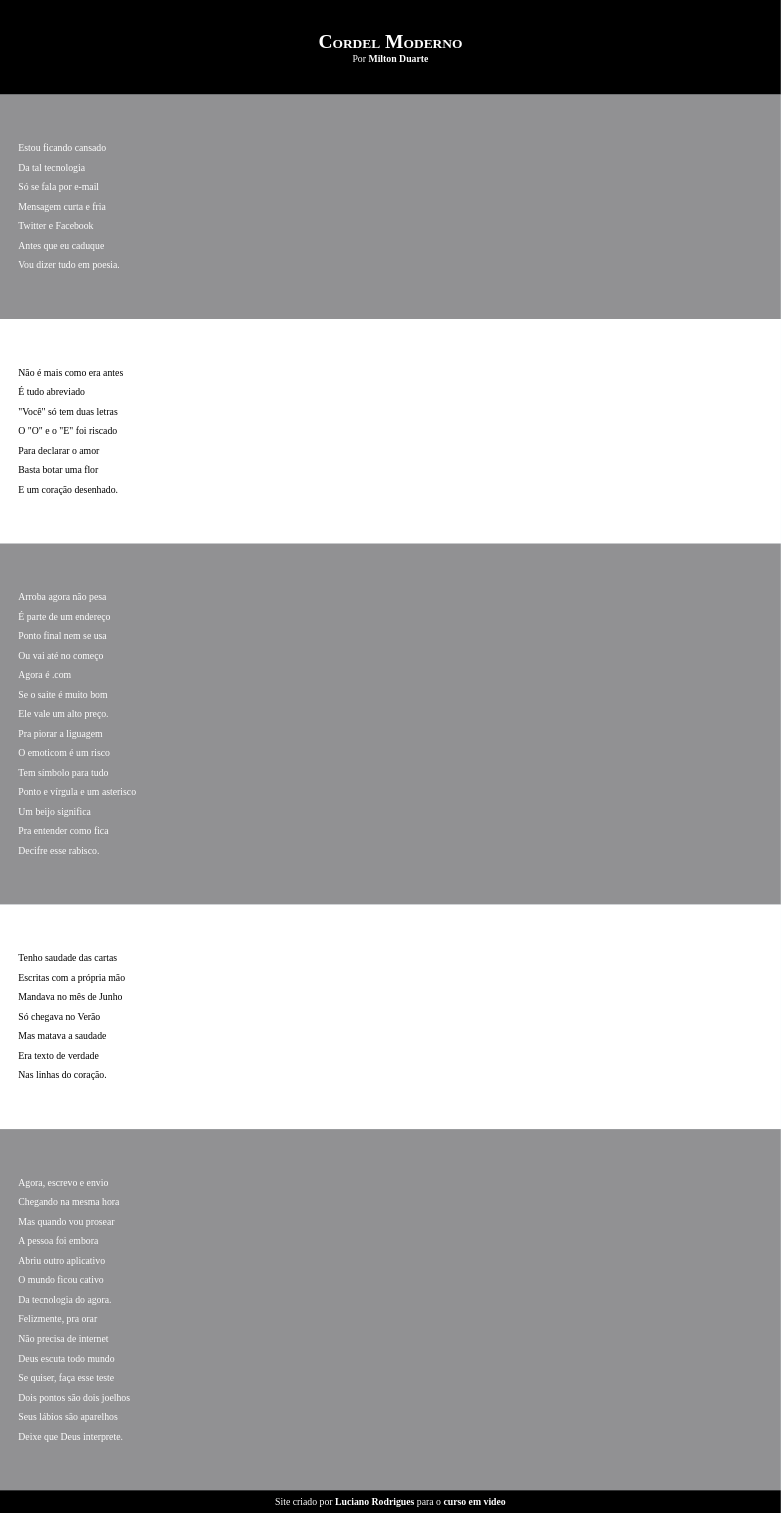
Repository: Lucianorodriguesdev/cursoHTML-CSS
Page: dasafios/index.html
These files come from the project's save history. The page is drawn as it stood at one moment and after the next save; the edit follows.
The browser window is 1280 px wide. The pictures show the whole page, at 61% of full size.

Above is the page before, as saved 2026-06-17 09:35:59.

### dasafios/index.html
<!DOCTYPE html>
<html lang="pt-br">
<head>
    <meta charset="UTF-8">
    <meta name="viewport" content="width=device-width, initial-scale=1.0">
    <title>Cordel Moderno</title>
    <link rel="stylesheet" href="estilo/style.css">
</head>
<body>
    <header>
        <h1>Cordel Moderno</h1>
        <p>Por <a href="https://www.recantodasletras.com.br/poesias/3186743" target="_blank">Milton Duarte</a></p>

    </header>
    <section class="normal">
        <p>
            Estou ficando cansado<br>
            Da tal tecnologia<br>
            Só se fala por e-mail<br>
            Mensagem curta e fria<br>
            Twitter e Facebook<br>
            Antes que eu caduque<br>
            Vou dizer tudo em poesia.
        </p>
    </section>



    <section class="imagem">
        <p>
            Não é mais como era antes<br>
            É tudo abreviado<br>
            "Você" só tem duas letras<br>
            O "O" e o "E" foi riscado<br>
            Para declarar o amor<br>
            Basta botar uma flor<br>
            E um coração desenhado.
        </p>
    </section>



    <section class="normal">
        <p>
            Arroba agora não pesa<br>
            É parte de um endereço<br>
            Ponto final nem se usa<br>
            Ou vai até no começo<br>
            Agora é .com<br>
            Se o saite é muito bom<br>
            Ele vale um alto preço.
        </p>

        <p>
            Pra piorar a liguagem<br>
            O emoticom é um risco<br>
            Tem símbolo para tudo<br>
            Ponto e vírgula e um asterisco<br>
            Um beijo significa<br>
            Pra entender como fica<br>
            Decifre esse rabisco.
        </p>
    </section>



    <section class="imagem">
        <p>
            Tenho saudade das cartas<br>
            Escritas com a própria mão<br>
            Mandava no mês de Junho<br>
            Só chegava no Verão<br>
            Mas matava a saudade<br>
            Era texto de verdade<br>
            Nas linhas do coração.
        </p>
    </section>



    <section class="normal">
        <p>
            Agora, escrevo e envio<br>
            Chegando na mesma hora<br>
            Mas quando vou prosear<br>
            A pessoa foi embora<br>
            Abriu outro aplicativo<br>
            O mundo ficou cativo<br>
            Da tecnologia do agora.
        </p>

        <p>
            Felizmente, pra orar<br>
            Não precisa de internet<br>
            Deus escuta todo mundo<br>
            Se quiser, faça esse teste<br>
            Dois pontos são dois joelhos<br>
            Seus lábios são aparelhos<br>
            Deixe que Deus interprete.
        </p>
    </section>
    <footer>
        <p>Site criado por <a href="https://github.com/Lucianorodriguesdev" target="_blank">Luciano Rodrigues</a> para o <a href="www.cursoemvideo.com" target="_blank">curso em video</a></p>
    </footer>

</body>
</html>

### dasafios/estilo/style.css
@charset_"UTF-8";

*{
    margin: 0px;
    padding: 0px;
}
body{
    min-height: 100vh;
    background-color: aliceblue;
}
header{
    background-color: black;

    text-align: center;
}
header> h1{
    color: white;
    padding-top: 50px;
    font-variant: small-caps;

}
header>p{
    padding-bottom: 50px;
    color: white;
}
section{
    padding-bottom: 10vh;
    padding-top: 10vh;
    line-height: 2em;
    padding-left: 30px;
}
section.normal{
    background-color: rgba(123, 121, 121, 0.803);
    color: white;
}
section.imagem{
    background-color: white;
    color: black;
}
header a, footer a{
    color:white;
    text-decoration: none;
    font-weight: bolder;
}
header a:hover, footer a:hover{
    text-decoration: underline;
}
footer{
    background-color: black;
    text-align: center;
    color:white;
    padding: 10px;

}

After the next save:
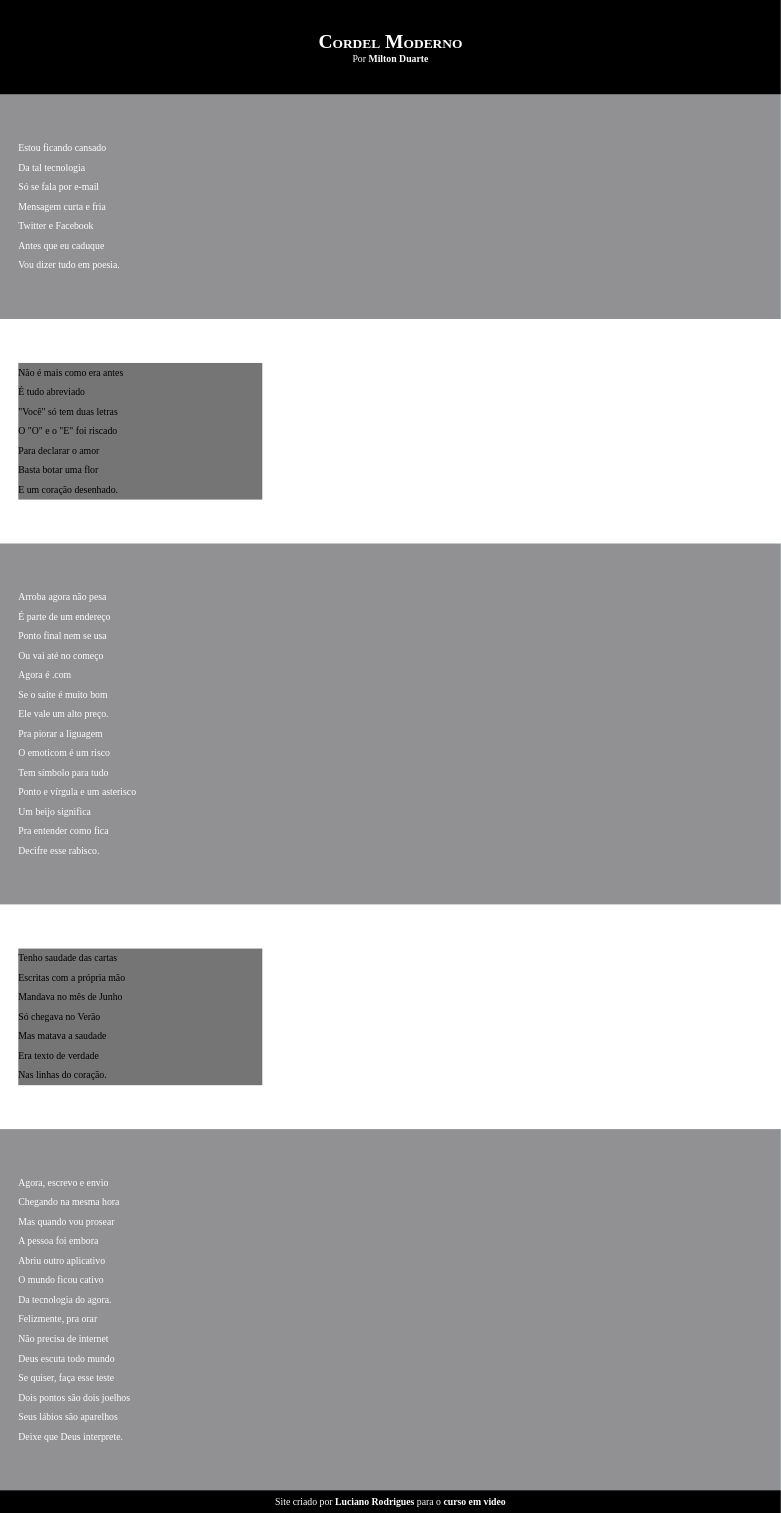
Saved 113 s later.
--- a/dasafios/estilo/style.css
+++ b/dasafios/estilo/style.css
@@ -37,6 +37,10 @@ section.imagem{
     background-color: white;
     color: black;
 }
+section.imagem>p{
+    width: 400px;
+    background-color: rgba(0, 0, 0, 0.54);
+}
 header a, footer a{
     color:white;
     text-decoration: none;
